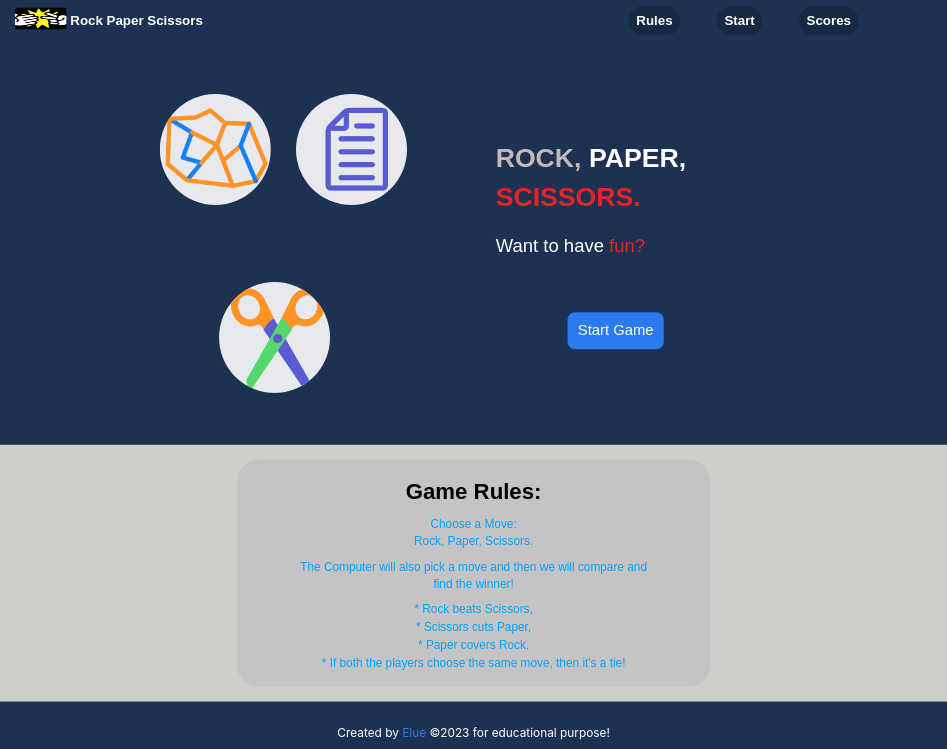
Repository: MikkyPrestige/rock-paper-scissors
Page: index.html
The author's editor kept a copy of each file at every save. The page is drawn from the files as they stood at one save, then again after the next save.
The browser window is 1280 px wide. The pictures show the whole page, at 74% of full size.

Above is the page before, as saved 2023-05-08 05:56:30.

### index.html
<!DOCTYPE html>
<html lang="en">

<head>
  <meta charset="UTF-8">
  <meta http-equiv="X-UA-Compatible" content="IE=edge">
  <meta name="viewport" content="width=device-width, initial-scale=1.0">
  <title>Rock, Paper or Scissors Game</title>
  <link rel="stylesheet" href="./index.css">
  <!-- <script src="./index.js" defer></script> -->
</head>

<body>
  <main>
    <header>
      <figure>
        <a href="/">
          <img src="./img/logo.png" alt="Logo" class="logo">
        </a>
        <figcaption>Rock Paper Scissors</figcaption>
      </figure>
      <nav>
        <ul>
          <li><a href="#rule">Rules</a></li>
          <li><a href="#">Start</a></li>
          <li><a href="#">Scores</a></li>
        </ul>
      </nav>
    </header>
    <section class="home">
      <div class="images">
        <img src="./img/Rock.gif" alt="Rock image" class="img rock">
        <img src="./img/Paper.gif" alt="Paper image" class="img paper">
        <img src="./img/Scissors.gif" alt="Scissors image" class="img scissors">
      </div>
      <div class="content">
        <h1 class="content--title"><span class="content-rock">Rock,</span> Paper, <span
            class="content-scissors">Scissors.</span></h1>
        <p class="content--text">Want to have <span class="fun">fun?</span></p>
        <button type="submit" class="btn">Start Game</button>
      </div>
    </section>

    <section class="rule" id="rule">
      <div class="rule--content">
        <h2 class="rule--title">Game Rules:</h2>
        <p class="rule--para">Choose a Move: <br>Rock, Paper, Scissors.</p>
        <p class="rule--para">The Computer will also pick a move and then we will compare and find the winner!</p>
        <p class="rule--para">* Rock beats Scissors, <br> * Scissors cuts Paper, <br> * Paper covers Rock. <br> * If both the players choose the same move, then it's a tie!</p>
        <!-- <button type="submit" class="btn">New Game</button> -->
      </div>
    </section>

    <footer>
      <p class="footer--text">Created by <a href="#" target="_blank" class="footer--link">Elue</a> &copy;2023 for
        educational purpose!</p>
    </footer>
  </main>
</body>

</html>

### index.css
*,
*::after,
*::before {
  box-sizing: border-box;
  margin: 0;
  padding: 0;
}

html {
  font-size: 62.5%;
}

body {
  font-family: "Fira Sans", sans-serif;
  font-size: 1.6rem;
  line-height: 1.5;
  background: rgba(29, 50, 83, 1);
  color: rgba(255, 255, 255, 1);
  width: 100%;
  height: 100%;
}

main {
  display: flex;
  flex-direction: column;
  justify-content: center;
  gap: 2rem;
  height: 100%;
  width: 100%;
}

header {
  display: flex;
  justify-content: space-between;
  align-items: center;
  padding: 1rem 2rem;
  width: 100%;
  height: auto;
}

figure {
  display: flex;
  align-items: center;
  gap: .5rem;
  height: auto;
}

.logo {
  width: 7rem;
  height: 3rem;
  border-radius: .5rem;
  -webkit-border-radius: .5rem;
  -moz-border-radius: .5rem;
  -ms-border-radius: .5rem;
  -o-border-radius: .5rem;
}

figcaption {
  font-size: 1.8rem;
  font-weight: 600;
  color: rgba(255, 255, 255, 1);
}

nav {
  height: auto;
  margin-right: 10rem;
}

ul {
  display: flex;
  justify-content: center;
  align-items: center;
  gap: 5rem;
  list-style: none;
}

li a {
  font-size: 1.8rem;
  font-weight: 600;
  color: rgba(255, 255, 255, 1);
  background: linear-gradient(0deg, rgba(0, 0, 0, 0.2), rgba(0, 0, 0, 0.2)), #1D3253;
  text-decoration: none;
  padding: 1rem;
  border-radius: 2rem;
}

li a:hover {
  background: rgba(255, 255, 255, 1);
  color: rgba(29, 50, 83, 1);
  text-decoration: underline;
}

.home {
  display: flex;
  justify-content: center;
  align-items: center;
  width: 100%;
  height: 70vh;
}

.images {
  position: relative;
  height: 100%;
  flex-basis: 30%;
}

.img {
  background: rgba(253, 253, 253, 0.9);
  border-radius: 50%;
  -webkit-border-radius: 50%;
  -moz-border-radius: 50%;
  -ms-border-radius: 50%;
  -o-border-radius: 50%;
  width: 15rem;
  height: 15rem;
}

.rock {
  position: absolute;
  top: 5rem;
  left: 0rem;
}

.paper {
  position: absolute;
  top: 5rem;
  right: 5rem;
}

.scissors {
  position: absolute;
  bottom: 5rem;
  left: 8rem;
}

.content {
  display: flex;
  flex-direction: column;
  justify-content: center;
  align-items: center;
  gap: 2rem;
}

.content--title {
  font-size: 3.6rem;
  font-weight: 600;
  width: 70%;
  text-transform: uppercase;
}

.content-rock {
  color: rgba(195, 183, 183, 1);
}

.content-scissors {
  color:rgba(233, 35, 35, 1);
}

.content--text {
  font-size: 2.5rem;
  font-weight: 400;
  width: 70%;
}

.fun {
  color:rgba(233, 35, 35, 1);
}

.btn {
  width: 13rem;
  height: 5rem;
  font-size: 2rem;
  color: rgba(255, 255, 255, 1);
  background: #2C7AF0;
  border-radius: 1rem;
  -webkit-border-radius: 1rem;
  -moz-border-radius: 1rem;
  -ms-border-radius: 1rem;
  -o-border-radius: 1rem;
  border: none;
  cursor: pointer;
  margin-top: 5rem;
  transition: all .3s ease-in-out;
  -webkit-transition: all .3s ease-in-out;
  -moz-transition: all .3s ease-in-out;
  -ms-transition: all .3s ease-in-out;
  -o-transition: all .3s ease-in-out;
}

.btn:hover {
  background: rgba(255, 255, 255, .7);
  color: rgba(44, 122, 240, 1);
}

.rule {
  width: 100%;
  height: 100%;
  background: #D0CEC9;
}

.rule--content {
  display: flex;
  flex-direction: column;
  justify-content: center;
  align-items: center;
  gap: 1rem;
  width: 50%;
  background: #C4C4C4;
  border-radius: 3rem;
  -webkit-border-radius: 3rem;
  -moz-border-radius: 3rem;
  -ms-border-radius: 3rem;
  -o-border-radius: 3rem;
  margin: 2rem auto;
  padding: 2rem 8rem;
  text-align: center;
}

.rule--title {
  font-size: 3rem;
  font-weight: 600;
  color: #000;
}

.rule--para {
  color: rgba(0, 163, 255, 1);
}

footer {
  margin: 1rem auto;
}

.footer--text {
  font-family: "Inter";
}

.footer--link {
  color: rgba(44, 122, 240, 1);
  text-decoration: none;
}

After the next save:
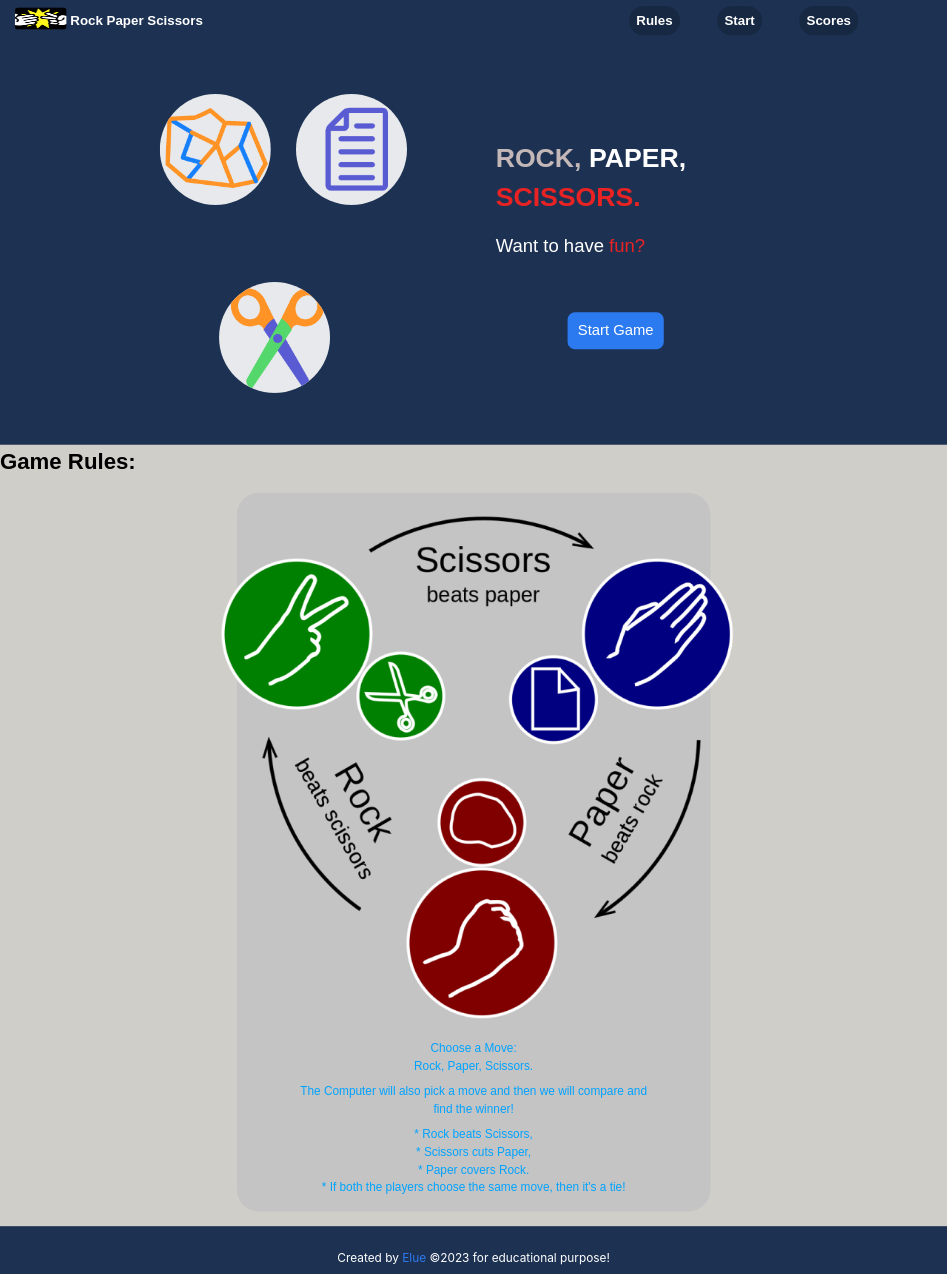
Saved 2 min 52 s later.
--- a/index.html
+++ b/index.html
@@ -42,11 +42,14 @@
     </section>
 
     <section class="rule" id="rule">
-      <div class="rule--content">
+      <div class="rule--container">
         <h2 class="rule--title">Game Rules:</h2>
+        <div class="rule--content">
+          <img src="./img/image.png" alt="Game image" >
         <p class="rule--para">Choose a Move: <br>Rock, Paper, Scissors.</p>
         <p class="rule--para">The Computer will also pick a move and then we will compare and find the winner!</p>
         <p class="rule--para">* Rock beats Scissors, <br> * Scissors cuts Paper, <br> * Paper covers Rock. <br> * If both the players choose the same move, then it's a tie!</p>
+        </div>
         <!-- <button type="submit" class="btn">New Game</button> -->
       </div>
     </section>
